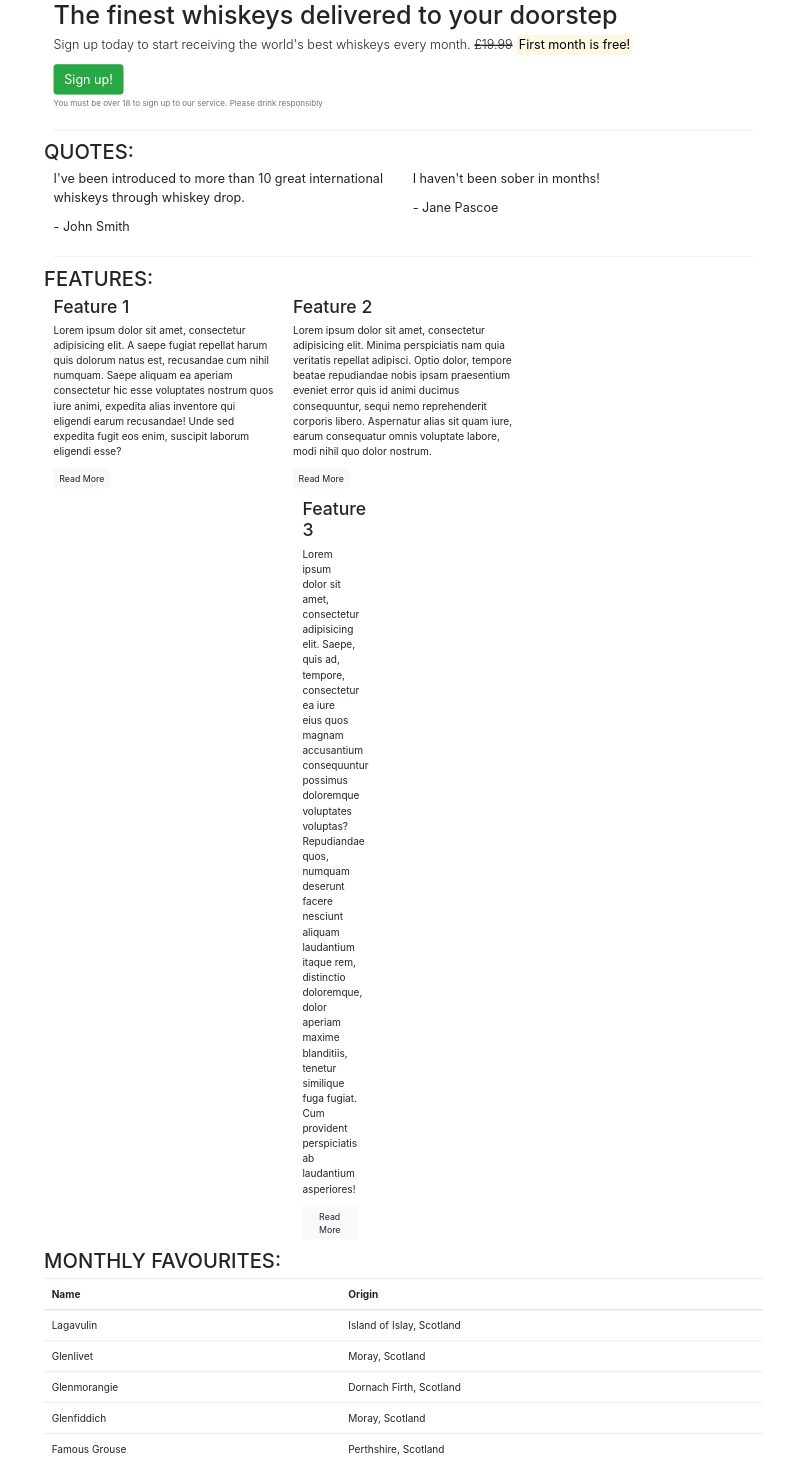
Repository: LouWills/WhiskeyDrop-bootstrap
Page: index.html
The author's editor kept a record of every edit. The page is drawn from the files as they stood at one moment, then again after the next edit.
The browser window is 1280 px wide. The pictures show the whole page, at 63% of full size.

Above is the page before.
Console error: TypeError: Cannot read properties of undefined (reading 'fn')

After the next edit:
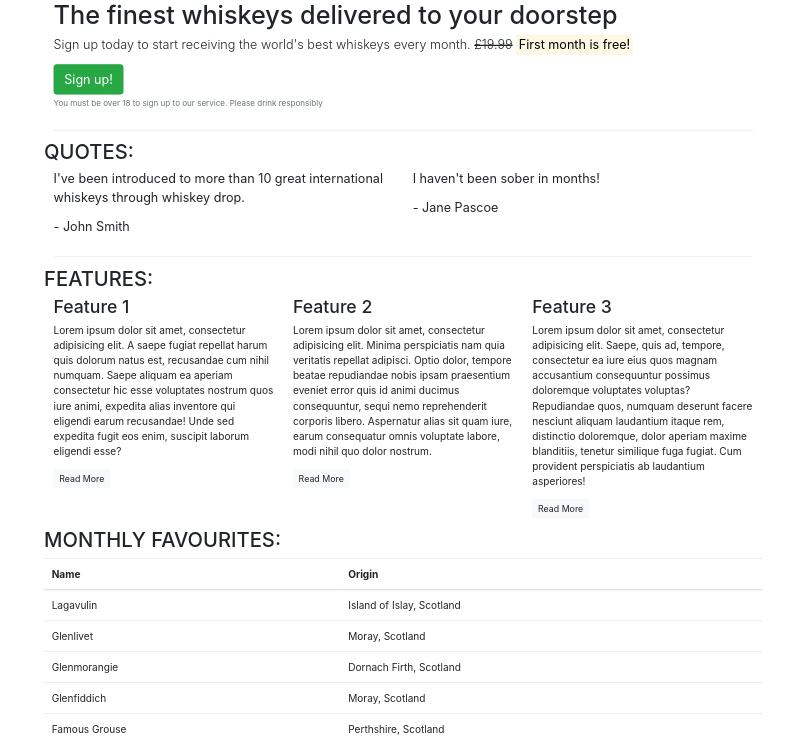
The edit:
--- a/index.html
+++ b/index.html
@@ -64,10 +64,11 @@
                     </div>
                 </div>
                 <div class="col-4">
-                <div class="feature">
-                    <h3>Feature 2</h3>
-                    <p>Lorem ipsum dolor sit amet, consectetur adipisicing elit. Minima perspiciatis nam quia veritatis repellat adipisci. Optio dolor, tempore beatae repudiandae nobis ipsam praesentium eveniet error quis id animi ducimus consequuntur, sequi nemo reprehenderit corporis libero. Aspernatur alias sit quam iure, earum consequatur omnis voluptate labore, modi nihil quo dolor nostrum.</p>
-                    <p><a class="btn btn-sm btn-light btn-tablet" href="">Read More</a></p>
+                    <div class="feature">
+                        <h3>Feature 2</h3>
+                        <p>Lorem ipsum dolor sit amet, consectetur adipisicing elit. Minima perspiciatis nam quia veritatis repellat adipisci. Optio dolor, tempore beatae repudiandae nobis ipsam praesentium eveniet error quis id animi ducimus consequuntur, sequi nemo reprehenderit corporis libero. Aspernatur alias sit quam iure, earum consequatur omnis voluptate labore, modi nihil quo dolor nostrum.</p>
+                        <p><a class="btn btn-sm btn-light btn-tablet" href="">Read More</a></p>
+                    </div>
                 </div>
                 <div class="col-4">
                     <div class="feature">
